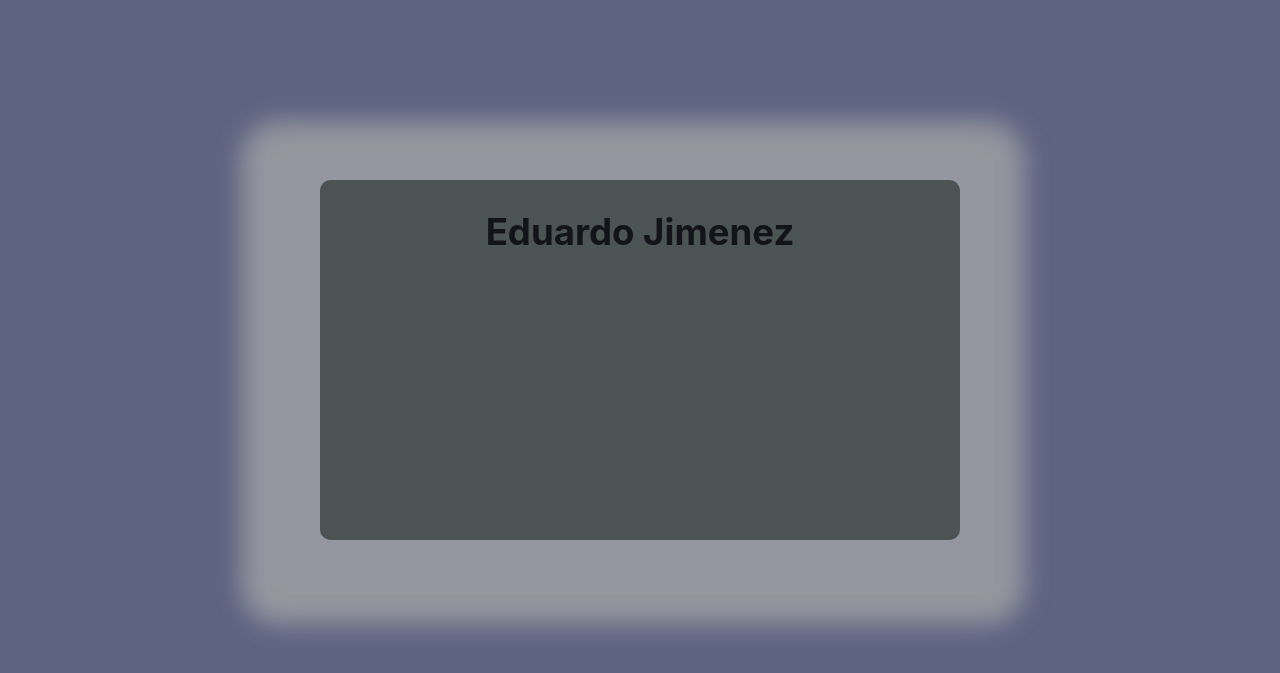
Repository: l8nightswithJS/react-my-portfolio
Page: /
An editor plug-in stored every save of this project. The page is shown before and after the next save, followed by the edit.
The browser window is 1280 px wide. The pictures show the whole page.
The project was rebuilt for these pictures with package versions that can differ from the ones it lists, and the page was loaded fresh each time.

Above is the page before, as saved 2021-04-29 11:32:43.

### src/App.js
import './App.css';


function App() {
  return (
    <div className="App">
      <header className="App-header">
        <section>
          <h1>Eduardo Jimenez</h1>
        </section>
      </header>
    </div>
  );
}

export default App;

### src/App.css
.App {
  height: 100vh;
  width: 100%;
  text-align: center;
  background-color: rgb(93, 99, 129);
}

section {
  position: fixed;
  top: 0;
  bottom: 0;
  left: 0;
  right: 0;
  background-color: rgb(73, 79, 72);
  height: 50vh;
  width: 50vw;
  margin: auto;
  font-size: calc(10px + 2vmin);
  color: white;
  box-shadow: -1vh 1vw 2vw 10vh rgb(164, 163, 167);
  opacity: .8;
  border-radius: 1.5vh;
}

h1 {
  color: black;
}

Loaded but not shown: public/index.html (common file); src/index.js (common file); src/index.css (common file); src/reportWebVitals.js (common file)

After the next save:
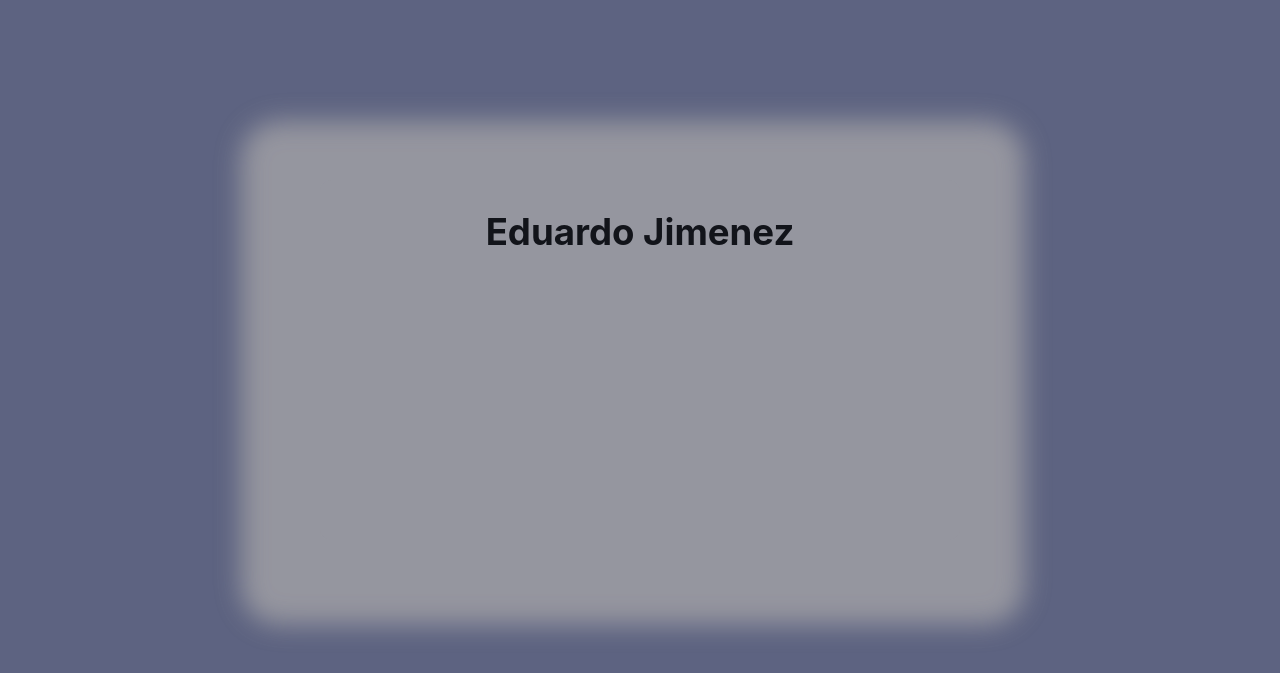
Saved 36 s later.
--- a/src/App.css
+++ b/src/App.css
@@ -11,7 +11,7 @@ section {
   bottom: 0;
   left: 0;
   right: 0;
-  background-color: rgb(73, 79, 72);
+  background-color: rgb(164, 163, 167);
   height: 50vh;
   width: 50vw;
   margin: auto;
